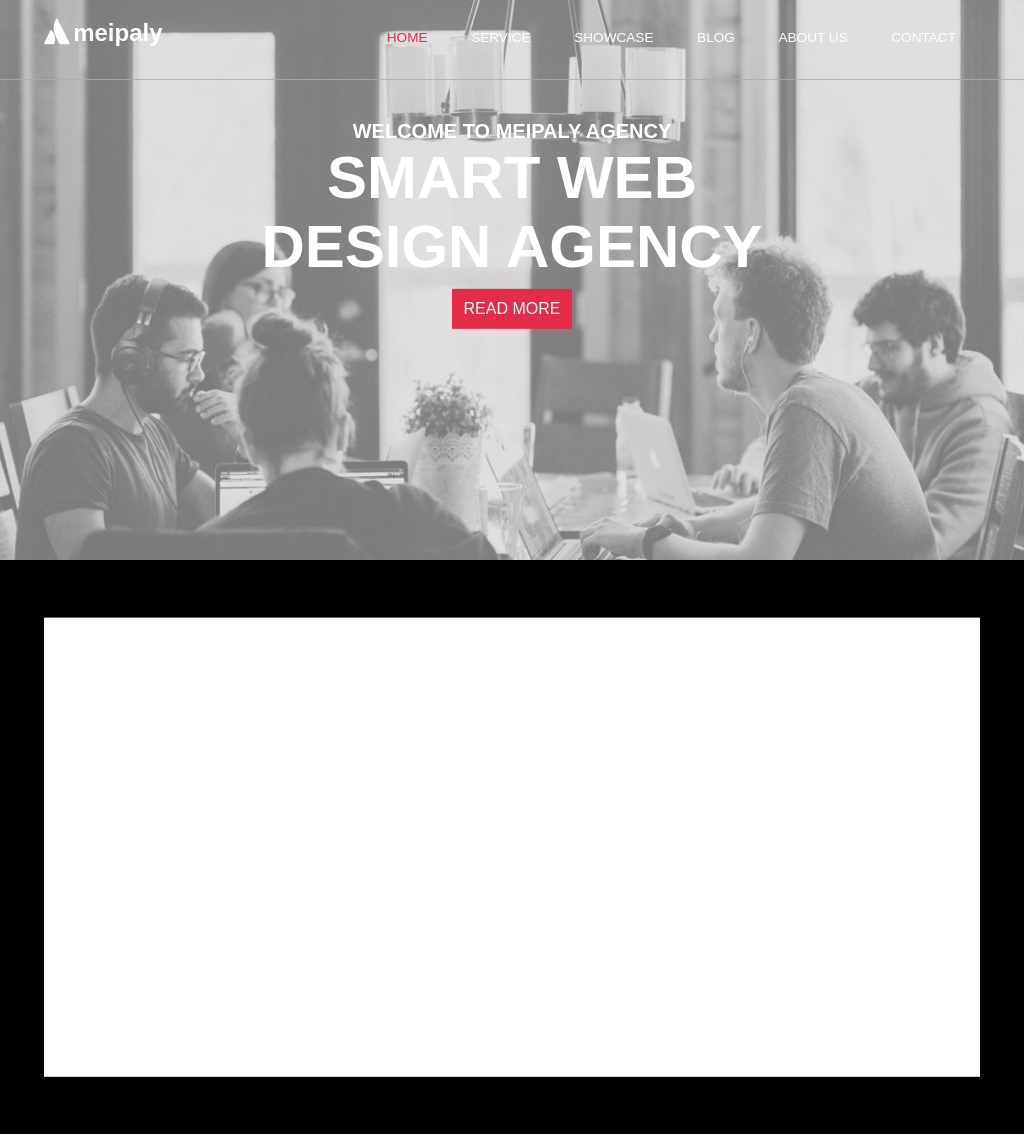
Repository: ToanNguyenThai/Meipaly
Page: index.html
An editor plug-in stored every save of this project. The page is shown before and after a run of saves, followed by the edit.
The browser window is 1280 px wide. The pictures show the whole page, at 80% of full size.

Above is the page before, as saved 2021-12-04 15:41:54.

### index.html
<!DOCTYPE html>
<html lang="en">
<head>
    <meta charset="UTF-8">
    <meta http-equiv="X-UA-Compatible" content="IE=edge">
    <meta name="viewport" content="width=device-width, initial-scale=1.0">
    <link rel="stylesheet" href="https://cdnjs.cloudflare.com/ajax/libs/font-awesome/5.15.4/css/all.min.css" />
    <title>Meipaly</title>
    <link rel="stylesheet" href="/css/style.css">
</head>
<body>
    <header>
        <div class="header__content">
            <div class="header__logo">
                <a href="#">
                    <i class="fab fa-atlassian fa-2x"></i>
                    <span>meipaly</span>
                </a>
            </div>
            <nav>
                <ul>
                    <li class="active">
                        <a href="#">home</a>
                    </li>
                    <li>
                        <a href="#">service</a>
                    </li>
                    <li>
                        <a href="#">showcase</a>
                    </li>
                    <li>
                        <a href="#">blog</a>
                    </li>
                    <li>
                        <a href="#">about us</a>
                    </li>
                    <li>
                        <a href="#">contact</a>
                    </li>
                </ul>
            </nav>
        </div>
    </header>
    <section class="carousel">
        <div class="carousel__content">
            <h3>WELCOME TO MEIPALY AGENCY</h3>
            <h1>SMART WEB</h1>
            <h1>DESIGN AGENCY</h1>
            <div class="btn-area">
                <button>READ MORE</button>
            </div>

        </div>

    </section>

    <section class="service">
        <div class="service__content">

        </div>
    </section>
</body>
</html>

### css/style.css
*{
    box-sizing: border-box;
    margin: 0;
    padding: 0;
    font-family: "Oswald", sans-serif;
    text-decoration: none;
}
header {
    width: 100%;
    height: 100px;
    position: absolute;
    border-bottom: 1px solid #adadad;
}
header .header__content{
    width: 100%;
    max-width: 1170px;
    margin: 0 auto;
    display: flex;
    justify-content: space-between;
    align-items: center;
}
.header__logo{
    margin-top: 23px;
}
.header__logo a{
    text-decoration: none;
    color: white;
}
.header__logo a span{
    font-size: 30px;
    font-weight: 700;
}
.header__content nav ul li{
    list-style-type: none;
    display: inline-block;
    text-transform: uppercase;
    font-size: 17px;
    margin-top: 35px;
    margin-left: 20px;
    margin-right: 30px;
}
.header__content nav ul li.active a{
    color : #e62b4a;
}
.header__content nav ul li a{
    color: white;
    transition: all 0.5s;
}
.header__content nav ul li a:hover{
    color : #e62b4a;
}

.carousel{
    height: 700px;
    background-image: url("../img/home_slider.jpg");
    background-size: cover;
    background-position: center;
    display: flex;
    justify-content: center;
}
.carousel__content{
    margin-top: 150px;
}
.carousel__content h1, .carousel__content h3{
    text-align: center;
    color: white;
}
.carousel__content h1{
    font-size: 75px;
}

.carousel__content h3{
    font-size: 25px;
}
.carousel__content .btn-area{
    margin-top: 10px;
    display: flex;
    justify-content: center;
}
.carousel__content .btn-area button{
    width: 150px;
    height: 50px;
    font-size: 20px;
    background-color: #e62b4a;
    outline: none;
    border : none;
    color: white;
    cursor: pointer;
    transition: all 0.5s;
}

.carousel__content .btn-area button:hover{
    filter: grayscale(30%);
}

.service{
    width: 100%;
    height: 100%;
    height: 717.6px;
    background-color: black;
    display: flex;
    justify-content: center;
    align-items: center;
}
.service__content{
    margin: 0 auto;
    height: 80%;
    width: 100%;
    max-width: 1170px;
    background-color: #fff;
    top: 50px;

}

After the next 2 saves:
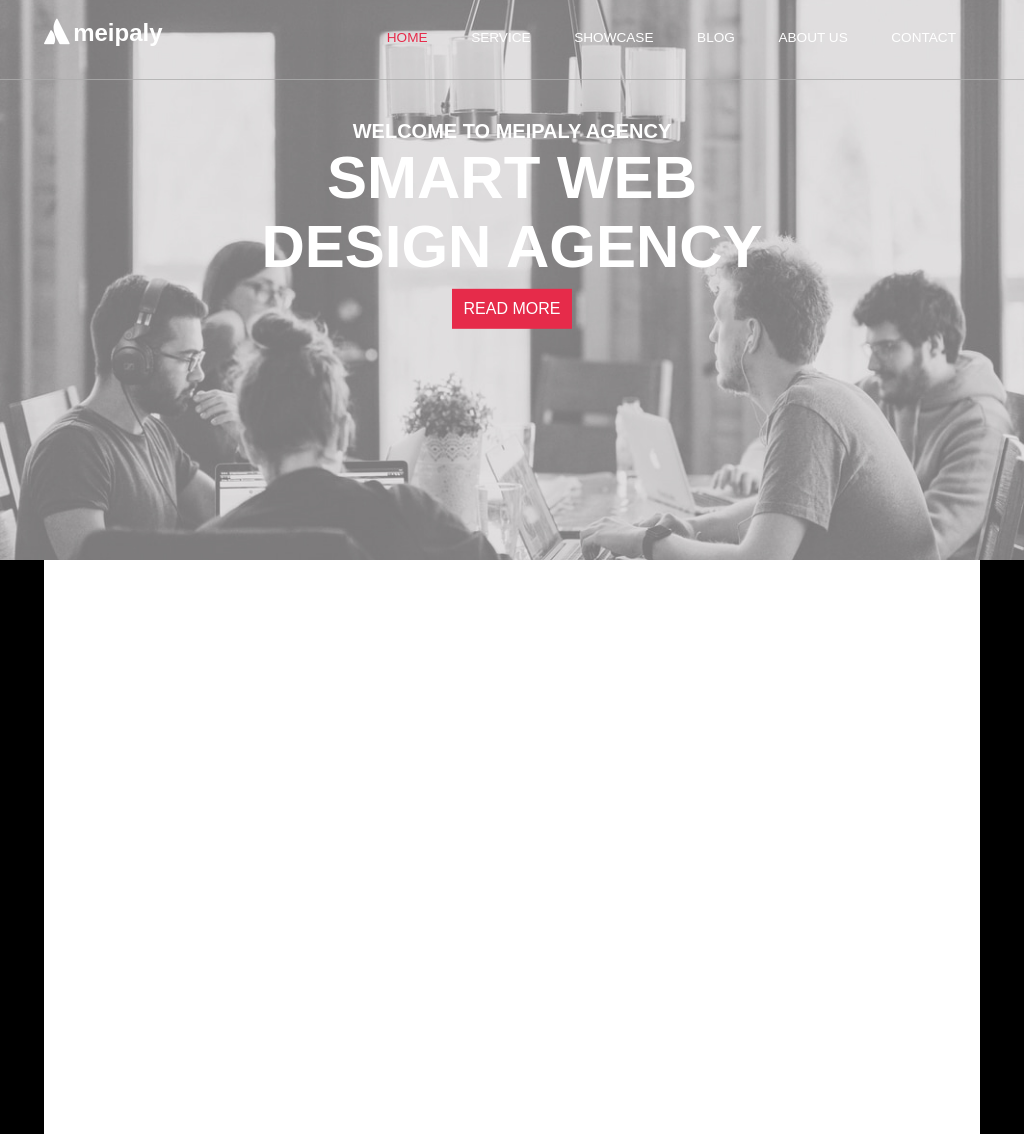
The 2 saves are shown as one change because they came seconds apart.
The last was saved 9 s later.
--- a/css/style.css
+++ b/css/style.css
@@ -104,10 +104,9 @@
 }
 .service__content{
     margin: 0 auto;
-    height: 80%;
+    height: 100%;
     width: 100%;
     max-width: 1170px;
     background-color: #fff;
-    top: 50px;
 
 }
